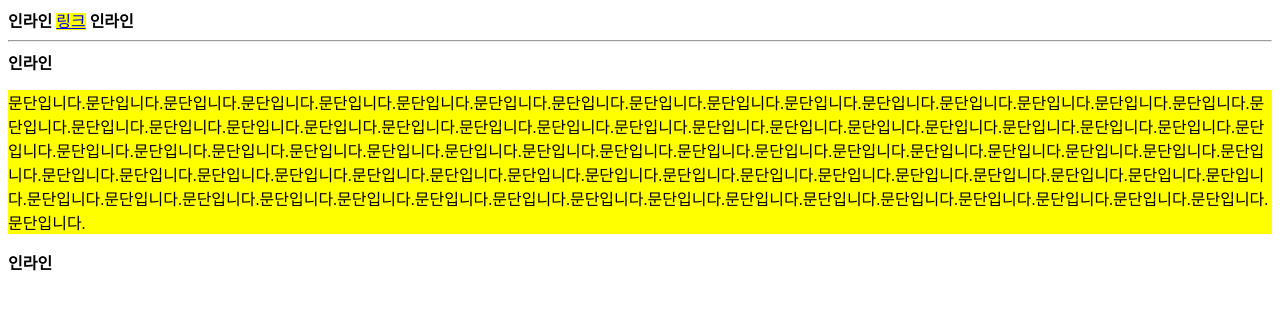
Repository: ssj5037/Class-Study
Page: [5] HTML, CSS, JavaScript/ClientTest/WebContent/Ex12_tag.html
The author's editor kept a copy of each file at every save. The page is drawn from the files as they stood at one save, then again after the next save.
The browser window is 1280 px wide. The pictures show the whole page.

Above is the page before, as saved 2020-06-19 03:21:33.

### [5] HTML, CSS, JavaScript/ClientTest/WebContent/Ex12_tag.html
<!DOCTYPE html>
<html>
<head>
<meta charset="UTF-8">
<title>Insert title here</title>
</head>
<body>
	<!--

		Ex12_tag.html

		******* 중요 !!
		인라인 태그 vs 블럭 태그
		- 모든 태그들은 위의 두 분류 중 하나에 속한다.

		<a>, <b>, <strong> : 인라인 태그
		<p>, <h1>, <hr> : 블럭 태그

		인라인 태그, Inline Tag
		- 자신의 내용물과 주변 태그의 내용물을 같은 라인에 출력한다.
		- 영역의 너비가 항상 내용물 크기와 같다.
		- 영역의 높이는 항상 내용물 크기와 같다.

		블럭 태그, Block Tag
		- 자신의 내용물을 주변 태그의 내용물과 다른 라인에 출력한다.
		- 자신이 현재 라인을 독점한다. > 영역의 너비가 항상 100%이다.
		- 영역의 높이는 항상 내용물 크기와 같다.
		- 구조 역할(뼈대 역할)

	-->

	<b>인라인</b>
	<a href="#" style="background-color:yellow">링크</a>
	<strong>인라인</strong>

	<hr>

	<b>인라인</b>
	<p style="background-color:yellow">문단입니다.문단입니다.문단입니다.문단입니다.문단입니다.문단입니다.문단입니다.문단입니다.문단입니다.문단입니다.문단입니다.문단입니다.문단입니다.문단입니다.문단입니다.문단입니다.문단입니다.문단입니다.문단입니다.문단입니다.문단입니다.문단입니다.문단입니다.문단입니다.문단입니다.문단입니다.문단입니다.문단입니다.문단입니다.문단입니다.문단입니다.문단입니다.문단입니다.문단입니다.문단입니다.문단입니다.문단입니다.문단입니다.문단입니다.문단입니다.문단입니다.문단입니다.문단입니다.문단입니다.문단입니다.문단입니다.문단입니다.문단입니다.문단입니다.문단입니다.문단입니다.문단입니다.문단입니다.문단입니다.문단입니다.문단입니다.문단입니다.문단입니다.문단입니다.문단입니다.문단입니다.문단입니다.문단입니다.문단입니다.문단입니다.문단입니다.문단입니다.문단입니다.문단입니다.문단입니다.문단입니다.문단입니다.문단입니다.문단입니다.문단입니다.문단입니다.문단입니다.문단입니다.문단입니다.문단입니다.문단입니다.문단입니다.</p>
	<strong>인라인</strong>


</body>
</html>

After the next save:
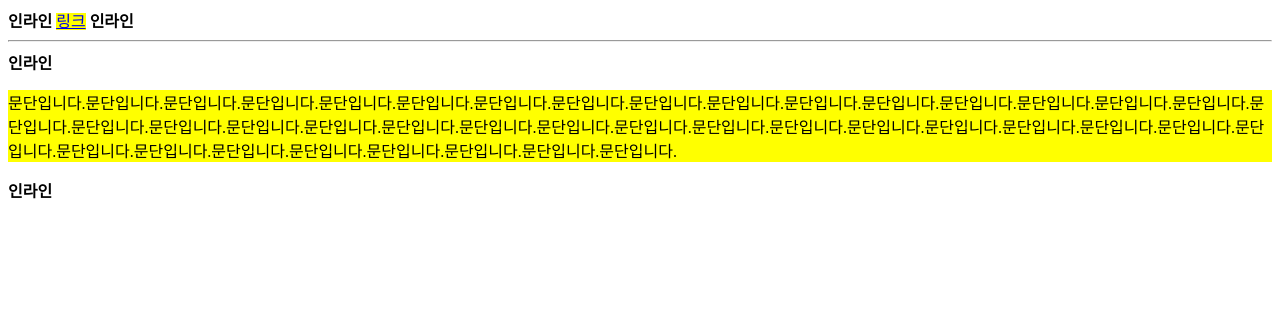
Saved 32 s later.
--- a/[5] HTML, CSS, JavaScript/ClientTest/WebContent/Ex12_tag.html
+++ b/[5] HTML, CSS, JavaScript/ClientTest/WebContent/Ex12_tag.html
@@ -20,6 +20,7 @@
 		- 자신의 내용물과 주변 태그의 내용물을 같은 라인에 출력한다.
 		- 영역의 너비가 항상 내용물 크기와 같다.
 		- 영역의 높이는 항상 내용물 크기와 같다.
+		- 구성 요소 역할(내용 역할)
 
 		블럭 태그, Block Tag
 		- 자신의 내용물을 주변 태그의 내용물과 다른 라인에 출력한다.
@@ -36,7 +37,7 @@
 	<hr>
 
 	<b>인라인</b>
-	<p style="background-color:yellow">문단입니다.문단입니다.문단입니다.문단입니다.문단입니다.문단입니다.문단입니다.문단입니다.문단입니다.문단입니다.문단입니다.문단입니다.문단입니다.문단입니다.문단입니다.문단입니다.문단입니다.문단입니다.문단입니다.문단입니다.문단입니다.문단입니다.문단입니다.문단입니다.문단입니다.문단입니다.문단입니다.문단입니다.문단입니다.문단입니다.문단입니다.문단입니다.문단입니다.문단입니다.문단입니다.문단입니다.문단입니다.문단입니다.문단입니다.문단입니다.문단입니다.문단입니다.문단입니다.문단입니다.문단입니다.문단입니다.문단입니다.문단입니다.문단입니다.문단입니다.문단입니다.문단입니다.문단입니다.문단입니다.문단입니다.문단입니다.문단입니다.문단입니다.문단입니다.문단입니다.문단입니다.문단입니다.문단입니다.문단입니다.문단입니다.문단입니다.문단입니다.문단입니다.문단입니다.문단입니다.문단입니다.문단입니다.문단입니다.문단입니다.문단입니다.문단입니다.문단입니다.문단입니다.문단입니다.문단입니다.문단입니다.문단입니다.</p>
+	<p style="background-color:yellow">문단입니다.문단입니다.문단입니다.문단입니다.문단입니다.문단입니다.문단입니다.문단입니다.문단입니다.문단입니다.문단입니다.문단입니다.문단입니다.문단입니다.문단입니다.문단입니다.문단입니다.문단입니다.문단입니다.문단입니다.문단입니다.문단입니다.문단입니다.문단입니다.문단입니다.문단입니다.문단입니다.문단입니다.문단입니다.문단입니다.문단입니다.문단입니다.문단입니다.문단입니다.문단입니다.문단입니다.문단입니다.문단입니다.문단입니다.문단입니다.문단입니다.</p>
 	<strong>인라인</strong>
 
 
